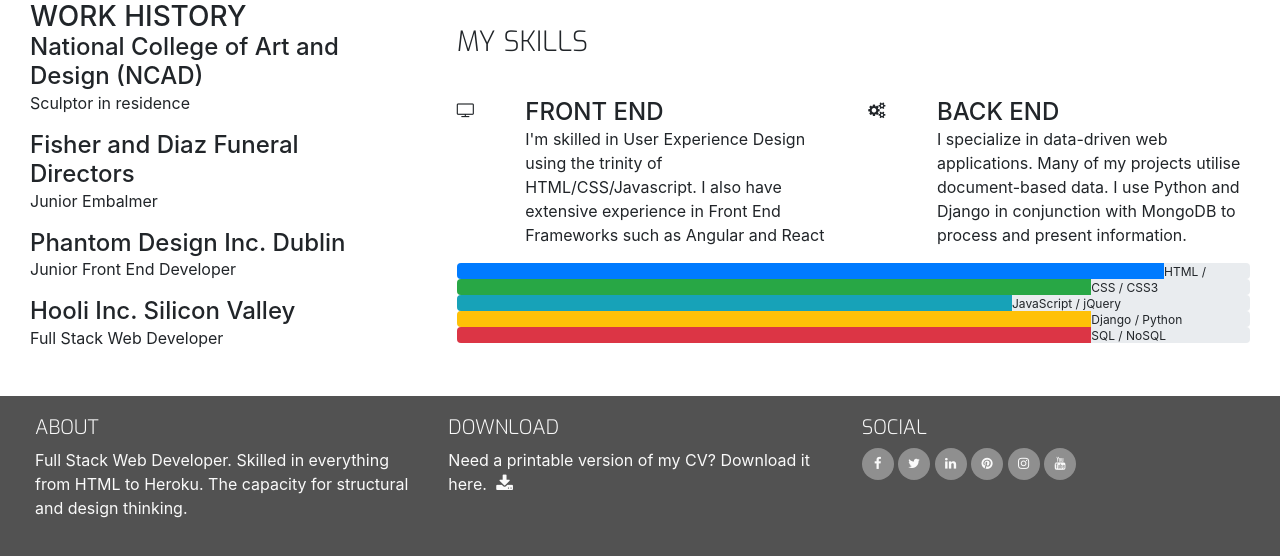
Repository: mark-joyce/portfolio
Page: resume.html
The author's editor kept a record of every edit. The page is drawn from the files as they stood at one moment, then again after the next edit.
The browser window is 1280 px wide. The pictures show the part of the page from y = 369 to 925 px (the page is 925 px tall before and 902 px after).
Some web libraries are served in a nearby version.

Above is the page before.

### resume.html
<!DOCTYPE html>
<html lang="en">
<head>
    <meta charset="UTF-8">
    <meta name="viewport" content="width=device-width, initial-scale=1.0">
    <meta http-equiv="X-UA-Compatible" content="ie=edge">
    <link rel="stylesheet" href="https://maxcdn.bootstrapcdn.com/bootstrap/4.2.1/css/bootstrap.min.css" type="text/css" />
    <link rel="stylesheet" href="https://maxcdn.bootstrapcdn.com/font-awesome/4.7.0/css/font-awesome.min.css" type="text/css" />
    <link rel="stylesheet" href="https://cdnjs.cloudflare.com/ajax/libs/hover.css/2.1.1/css/hover-min.css" type="text/css" />
    <link rel="stylesheet" href="assets/css/style.css">
    <title>Mark Joyce</title>
</head>
<body>
    <header>
        <div class="row no-gutters">
            <a class="col-md-4 logo" href="02-index.html"></a>
            <div class="col-md-8">
                <div class="row no-gutters bg-color-name-title">
                    <div class="col heading">
                        <h1 class="name">Mark Joyce</h1>
                        <h2 class="title"> Full Stack Developer</h2>
                    </div>
                </div>
                <div class="row no-gutters">
                    <div class="col">
                        <ul id="nav" class="list-inline menucontainer">
                            <li class="col-6 col-sm-3 list-inline-item ui-menu-color-home menuitem">
                                <a href="index.html" class="hvr-sweep-to-bottom"><i class="fa fa-home" aria-hidden="true"></i><span>Home</span></a>
                            </li>
                            <li class="col-6 col-sm-3 list-inline-item ui-menu-color-resume menuitem">
                                <a href="resume.html" class="hvr-sweep-to-bottom"><i class="fa fa-graduation-cap" aria-hidden="true"></i><span>Resume</span></a>
                            </li>
                            <li class="col-6 col-sm-3 list-inline-item ui-menu-color-contact menuitem">
                                <a href="contact.html" class="hvr-sweep-to-bottom"><i class="fa fa-comment-o" aria-hidden="true"></i><span>Contact</span></a>
                            </li>
                            <li class="col-6 col-sm-3 list-inline-item ui-menu-color-download menuitem">
                                <a href="assets/cv/sample-cv.pdf" target="_blank" class="hvr-sweep-to-bottom"><i class="fa fa-download" aria-hidden="true"></i><span>Download CV</span></a>
                            </li>
                        </ul>
                    </div>
                </div>
            </div>
        </div>
    </header>
    <section class="container-fluid">
        <div class="row">
            <div class="col-md-4 bg-color-work-history section-column">
                <div class="row">
                    <div class="col-12">
                        <h3 class="history-heading uppercase">
                            Work History
                        </h3>
                    </div>
                </div>
                <div class="history-items">
                    <div class="timeline-item" data-dates="02/1998 - 04/2004">
                        <h4>National College of Art and Design (NCAD)</h4>
                        <p>Sculptor in residence</p>
                    </div>
                    <div class="timeline-item" data-dates="04/2004 - 06/2008">
                        <h4>Fisher and Diaz Funeral Directors</h4>
                        <p>Junior Embalmer</p>
                    </div>
                    <div class="timeline-item" data-dates="06/2008 - 06/2011">
                        <h4>Phantom Design Inc. Dublin</h4>
                        <p>Junior Front End Developer</p>
                    </div>
                    <div class="timeline-item" data-dates="06/2011 - Present">
                        <h4>Hooli Inc. Silicon Valley</h4>
                        <p>Full Stack Web Developer</p>
                    </div>
                </div>
            </div>
            <div class="col-md-8 bg-color-three-reasons section-column">
                <div class="row">
                    <div class="col">
                        <h3 class="section-heading uppercase">My Skills</h3>
                    </div>
                </div>
                <div class="row">
                    <div class="col-10 offset-1 offset-sm-0 col-sm-4 col-md-6">
                        <div class="row">
                            <div class="col-2">
                                <i class="three-reasons-icon fa fa-tv" aria-hidden="true"></i>
                            </div>
                            <div class="col-10">
                                <h4 class="three-reasons-heading uppercase">Front End</h4>
                                <p>
                                    I'm skilled in User Experience Design using the trinity of HTML/CSS/Javascript. I also have extensive experience in Front End Frameworks such as Angular and React
                                </p>
                            </div>
                        </div>
                    </div>
                    <div class="col-10 offset-1 offset-sm-0 col-sm-4 col-md-6">
                        <div class="row">
                            <div class="col-2">
                                <i class="three-reasons-icon fa fa-gears" aria-hidden="true"></i>
                            </div>
                            <div class="col-10">
                                <h4 class="three-reasons-heading uppercase">Back End</h4>
                                <p>
                                    I specialize in data-driven web applications. Many of my projects utilise document-based data. I use Python and Django in conjunction with MongoDB to process and present information.
                                </p>
                            </div>
                        </div>
                    </div>
                </div>
                <div class="row progress-section">
                    <div class="col">
                        <div class="progress">
                            <div class="progress-bar" role="progressbar" aria-valuenow="90" aria-valuemin="0" aria-valuemax="100" style="width:90%;">
                                <span class="sr-only">90% complete</span>
                            </div>
                            <span class="progress-type">HTML / HTML5</span>
                        </div>
                        <div class="progress">
                            <div class="progress-bar bg-success" role="progressbar" aria-valuenow="80" aria-valuemin="0" aria-valuemax="100" style="width:80%;">
                                <span class="sr-only">80% complete</span>
                            </div>
                            <span class="progress-type">CSS / CSS3</span>
                        </div>
                        <div class="progress">
                            <div class="progress-bar bg-info" role="progressbar" aria-valuenow="70" aria-valuemin="0" aria-valuemax="100" style="width:70%;">
                                <span class="sr-only">70% complete</span>
                            </div>
                            <span class="progress-type">JavaScript / jQuery</span>
                        </div>
                        <div class="progress">
                            <div class="progress-bar bg-warning" role="progressbar" aria-valuenow="80" aria-valuemin="0" aria-valuemax="100" style="width:80%;">
                                <span class="sr-only">80% complete</span>
                            </div>
                            <span class="progress-type">Django / Python</span>
                        </div>
                        <div class="progress">
                            <div class="progress-bar bg-danger" role="progressbar" aria-valuenow="80" aria-valuemin="0" aria-valuemax="100" style="width:80%;">
                                <span class="sr-only">80% complete</span>
                            </div>
                            <span class="progress-type">SQL / NoSQL</span>
                        </div>
                    </div>
                </div>
            </div>
        </div>

    </section>
    <footer class="container-fluid">
        <div id="footer-details" class="row">
            <div class="col-sm-4">
                <h5 class="uppercase general-sub">About</h5>
                <p class="inline-block">
                    Full Stack Web Developer. Skilled in everything from HTML to Heroku. The capacity for structural and design thinking.
                </p>
            </div>
            <div class="col-sm-4">
                <h5 class="uppercase general-sub">Download</h5>
                <p class="inline-block">
                    Need a printable version of my CV? Download it here.
                    <a href="assets/cv/sample-cv.pdf" target="_blank" class="cv-pdf">
                        <i class="fa fa-download" aria-hidden="true"></i>
                        <span class="sr-only">Download link.</span>
                    </a>
                </p>
            </div>
            <div class="col-sm-4">
                <h5 class="uppercase general-sub">Social</h5>
                <ul class="list-inline social-links">
                    <li class="list-inline-item">
                        <a target="_blank" href="#">
                            <i class="fa fa-facebook" aria-hidden="true"></i>
                            <span class="sr-only">Facebook</span>
                        </a>
                    </li>
                    <li class="list-inline-item">
                        <a target="_blank" href="#">
                            <i class="fa fa-twitter" aria-hidden="true"></i>
                            <span class="sr-only">Twitter</span>
                        </a>
                    </li>
                    <li class="list-inline-item">
                        <a target="_blank" href="#">
                            <i class="fa fa-linkedin" aria-hidden="true"></i>
                            <span class="sr-only">LinkedIn</span>
                        </a>
                    </li>
                    <li class="list-inline-item">
                        <a target="_blank" href="#">
                            <i class="fa fa-pinterest" aria-hidden="true"></i>
                            <span class="sr-only">Pinterest</span>
                        </a>
                    </li>
                    <li class="list-inline-item">
                        <a target="_blank" href="#">
                            <i class="fa fa-instagram" aria-hidden="true"></i>
                            <span class="sr-only">Instagram</span>
                        </a>
                    </li>
                    <li class="list-inline-item">
                        <a target="_blank" href="#">
                            <i class="fa fa-youtube" aria-hidden="true"></i>
                            <span class="sr-only">YouTube</span>
                        </a>
                    </li>
                </ul>
            </div>
        </div>
    </footer>
</body>
</html>

### assets/css/style.css
@import url('https://fonts.googleapis.com/css?family=Roboto:100,200,300,400,500,600,700|Exo:100,200,300,400,500,600,700');

/*--------------------------------------------Colors*/

.bg-color-name-title {
    background-color: #676767;
}

.bg-color-three-reasons {
    background-color: #fff;
}

.ui-menu-color-home {
    background-color: #e67e22;
}

.ui-menu-color-resume {
    background-color: #9b59b6;
}

.ui-menu-color-contact {
    background-color: #3498db;
}

.ui-menu-color-download {
    background-color: #525252;
}

/* ----------------------------------------Special paddings/margins/text */

h1,
h2,
h3,
h4 {
    margin: 0;
}

.uppercase {
    text-transform: uppercase;
}

.general-sub {
    font-family: "Exo", sans-serif;
    font-weight: 300;
    color: #fafafa;
}

.inline-block {
    display: inline-block;
}

.row-table {
    display: table;
}

.section-column {
    display: table-cell;
    padding: 0 30px 30px;
    float: none;
}

.section-heading {
    font-family: "Exo", sans-serif;
    font-weight: 300;
    margin-top: 25px;
    margin-bottom: 40px;
}

/*--------------------------------------------Heading*/

header {
    margin: 0;
}

.heading {
    margin-left: 50px;
}

.logo {
    background: url("https://github.com/Code-Institute-Solutions/resume-miniproject-bootstrap4/blob/master/09-adding-footer-content/assets/images/rosie.jpg?raw=true");
    background-position: center;
    background-repeat: no-repeat;
    background-size: cover;
    min-height: 360px;
    transition: all .5s ease-in-out;
    -moz-transition: all .5s ease-in-out;
    -webkit-transition: all .5s ease-in-out;
}

.name {
    font-family: "Exo", sans-serif;
    font-weight: 100;
    font-size: 46px;
    margin-top: 50px;
    color: #fff;
}

.title {
    font-family: "Roboto", sans-serif;
    font-weight: 200;
    font-size: 28px;
    margin-top: 20px;
    margin-bottom: 90px;
    color: #fff;
}

.list-inline-item:not(:last-child) {
    margin: 0;
}

.menucontainer {
    font-size: 0;
}

#nav li {
    font-size: 14px;
    padding: 0;
}

#nav {
    margin: 0;
}

.menuitem {
    height: 120px;
    text-align: center;
    padding: 0;
}

.menuitem a {
    width: 100%;
    text-decoration: none;
    color: #fff;
    height: 120px;
}

.menuitem a i {
    padding-top: 22px;
    display: block;
    color: #fafafa;
    font-size: 26px;
}

.menuitem span {
    display: block;
    width: 100%;
    padding-top: 5px;
    text-align: center;
    text-transform: uppercase;
    font-size: 14px;
    font-weight: 300;
    letter-spacing: 2px;
}

/*--------------------------------------------Hover.css*/

.hvr-sweep-to-bottom:before {
    background: rgba(0, 0, 0, 0.2);
    height: 120px;
}

/* ----------------------------------------Footer */

footer {
    background-color: #525252;
    color: #fafafa;
    min-height: 120px;
    margin: 0;
}

.cv-pdf i {
    font-size: 18px;
    color: #fafafa;
    text-align: center;
    padding-left: 5px;
    transition: all 0.35s ease-in-out;
    -moz-transition: all 0.35s ease-in-out;
    -webkit-transition: all 0.35s ease-in-out;
    -o-transition: all 0.35s ease-in-out;
}

.cv-pdf i:hover {
    color: #e84610;
}

.social-links {
    padding-bottom: 15px;
}

.social-links li a i {
    width: 32px;
    height: 32px;
    padding: 12px 0;
    border-radius: 50%;
    font-size: 13px;
    line-height: 7px;
    text-align: center;
    color: #fafafa;
    background: #8f8f8f;
    transition: all 0.35s ease-in-out;
    -moz-transition: all 0.35s ease-in-out;
    -webkit-transition: all 0.35s ease-in-out;
    -o-transition: all 0.35s ease-in-out;
}

.social-links li a i:hover {
    background: #e84610;
}

#footer-details {
    padding: 20px;
}

After the next edit:
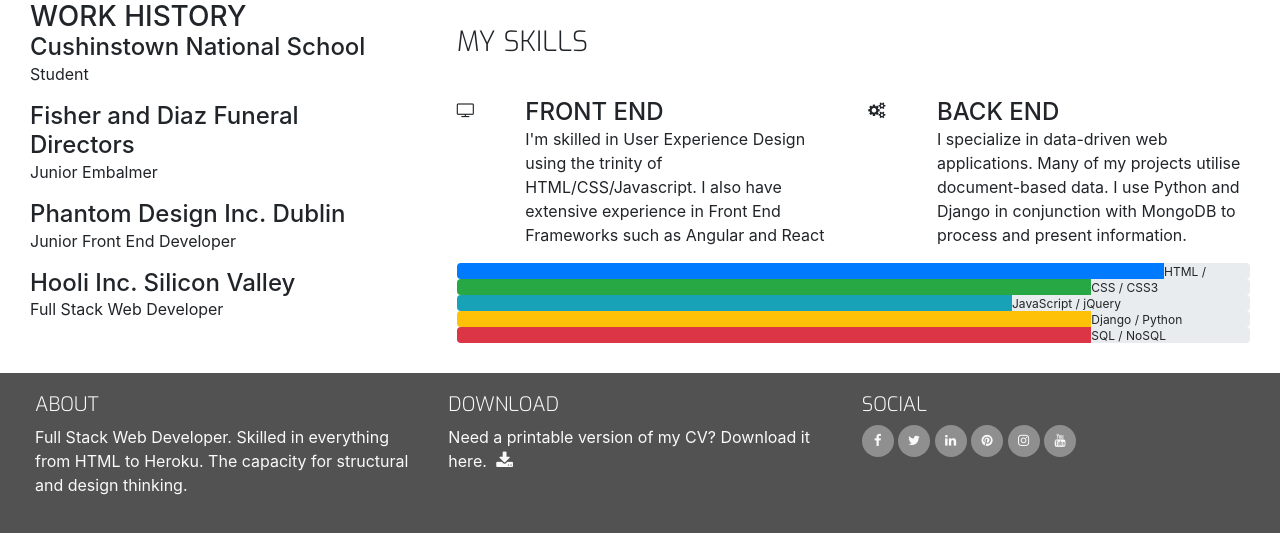
The edit:
--- a/resume.html
+++ b/resume.html
@@ -54,8 +54,8 @@
                 </div>
                 <div class="history-items">
                     <div class="timeline-item" data-dates="02/1998 - 04/2004">
-                        <h4>National College of Art and Design (NCAD)</h4>
-                        <p>Sculptor in residence</p>
+                        <h4>Cushinstown National School</h4>
+                        <p>Student</p>
                     </div>
                     <div class="timeline-item" data-dates="04/2004 - 06/2008">
                         <h4>Fisher and Diaz Funeral Directors</h4>
